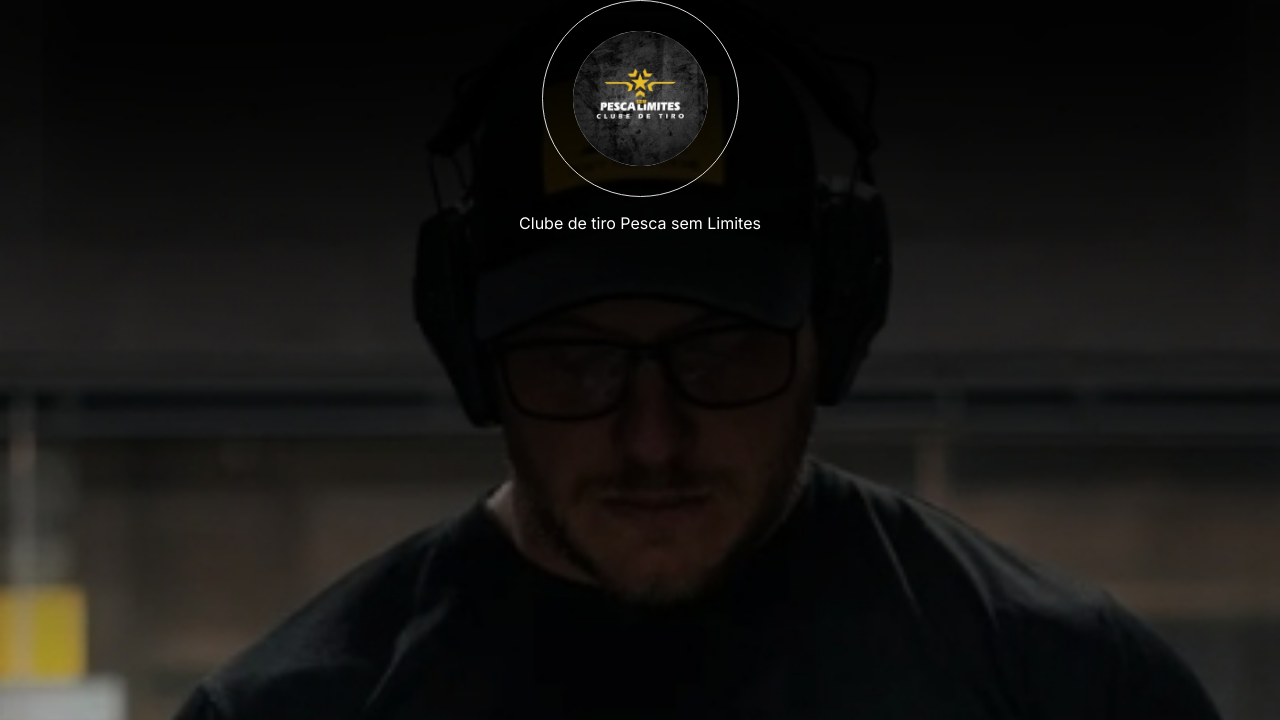
Repository: Fr4nc021/LinkPages-PescasemLimites
Page: index.html
The author's editor kept a copy of each file at every save. The page is drawn from the files as they stood at one save, then again after the next save.
The browser window is 1280 px wide. The pictures show the whole page.

Above is the page before, as saved 2025-02-27 22:01:08.

### index.html
<!DOCTYPE html>
<html lang="pt-br">
<head>
    <link rel="preconnect" href="https://fonts.googleapis.com" />
    <link rel="preconnect" href="https://fonts.gstatic.com" crossorigin
    />
    <link
    href="https://fonts.googleapis.com/css2?family=Inter:ital,opsz,wght@0,14..32,100..900;1,14..32,100..900&display=swap" rel="stylesheet"
    />
    <link rel="stylesheet" href="style.css">
    <meta charset="UTF-8">
    <meta name="viewport" content="width=device-width, initial-scale=1.0">
    <title>LinkPage</title>
</head>
<body>
    <div id="profile">
        <img src="./midia/logo_clube_de_tiro.jpg"
        alt="Logo Pesca sem Limites Clube de tiro">
        <p>Clube de tiro Pesca sem Limites</p>
    </div>

</body>
</html>

### style.css
body * {
    font-family: "Inter", sans-serif;
    color: rgb(255, 255, 255);
}

body {
    background: url(./midia/Foto_fundo_mobile.jpg) no-repeat center center/cover;
    height: 100vh; /* Garante que o body ocupe 100% da altura da tela */
    margin: 0; /* Remove margens padrão */
    padding: 0; /* Remove padding padrão */
}
#profile img {
    border: 1px solid #ddd;
    width: 135px;
    display: block;
    margin: auto;
    padding: 30px;
    border-radius: 50%;
}

#profile {
    text-align: center;
    padding: 0px;
}

After the next save:
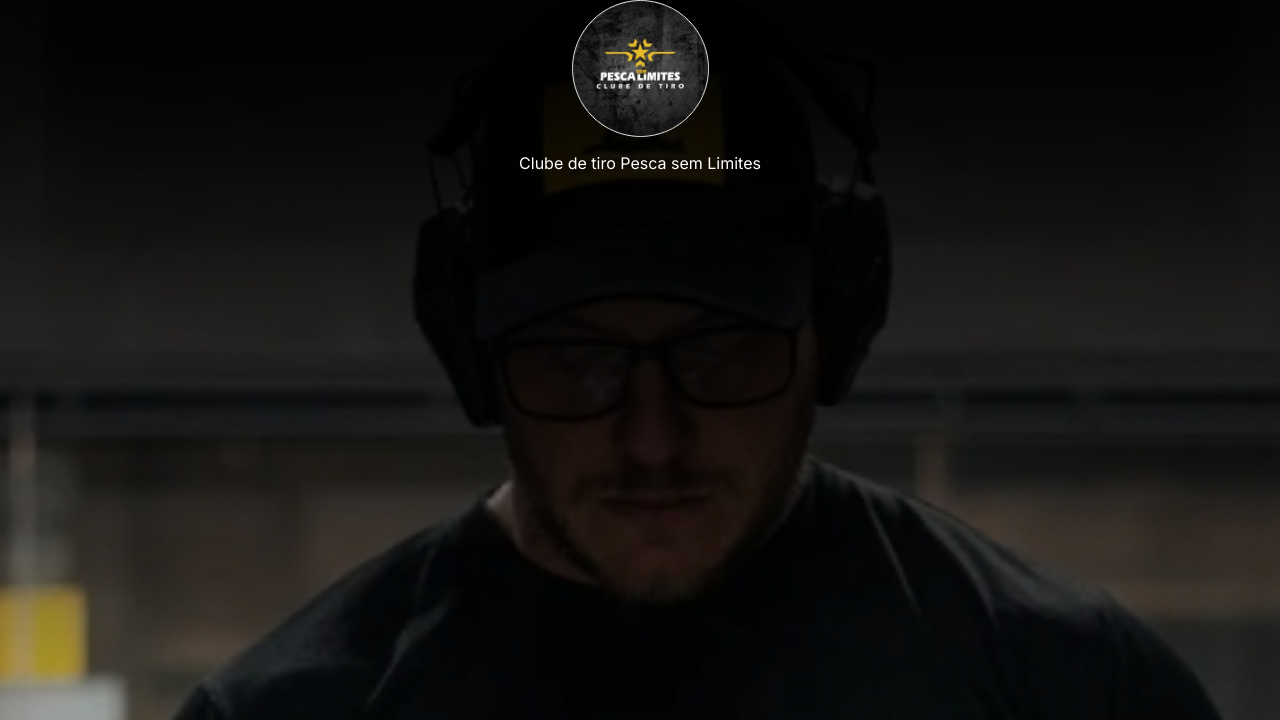
Saved 53 s later.
--- a/style.css
+++ b/style.css
@@ -14,11 +14,11 @@
     width: 135px;
     display: block;
     margin: auto;
-    padding: 30px;
+    padding: 0; /* Remova o padding para evitar espaçamento interno */
     border-radius: 50%;
 }
 
 #profile {
     text-align: center;
-    padding: 0px;
+    margin-bottom: -10px; /* Aproxima a imagem do próximo elemento */
 }
